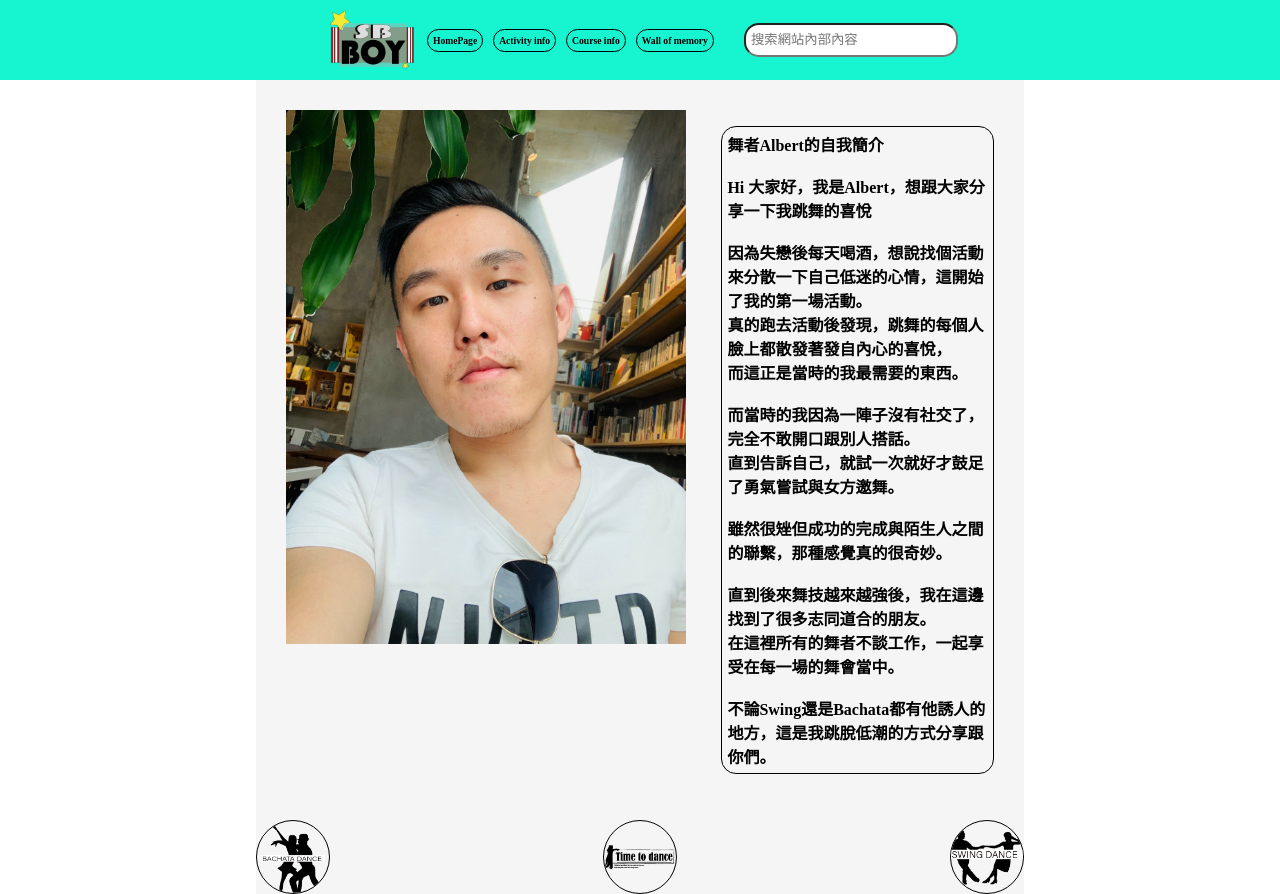
Repository: AlbertKoii/0718_Learning_Javascript
Page: aboutme/aboutme_try.html
These files come from the project's save history. The page is drawn as it stood at one moment and after the next save; the edit follows.
The browser window is 1280 px wide. The pictures show the whole page.

Above is the page before, as saved 2023-07-26 13:35:47.
Not found: aboutme/script.js

After the next save:
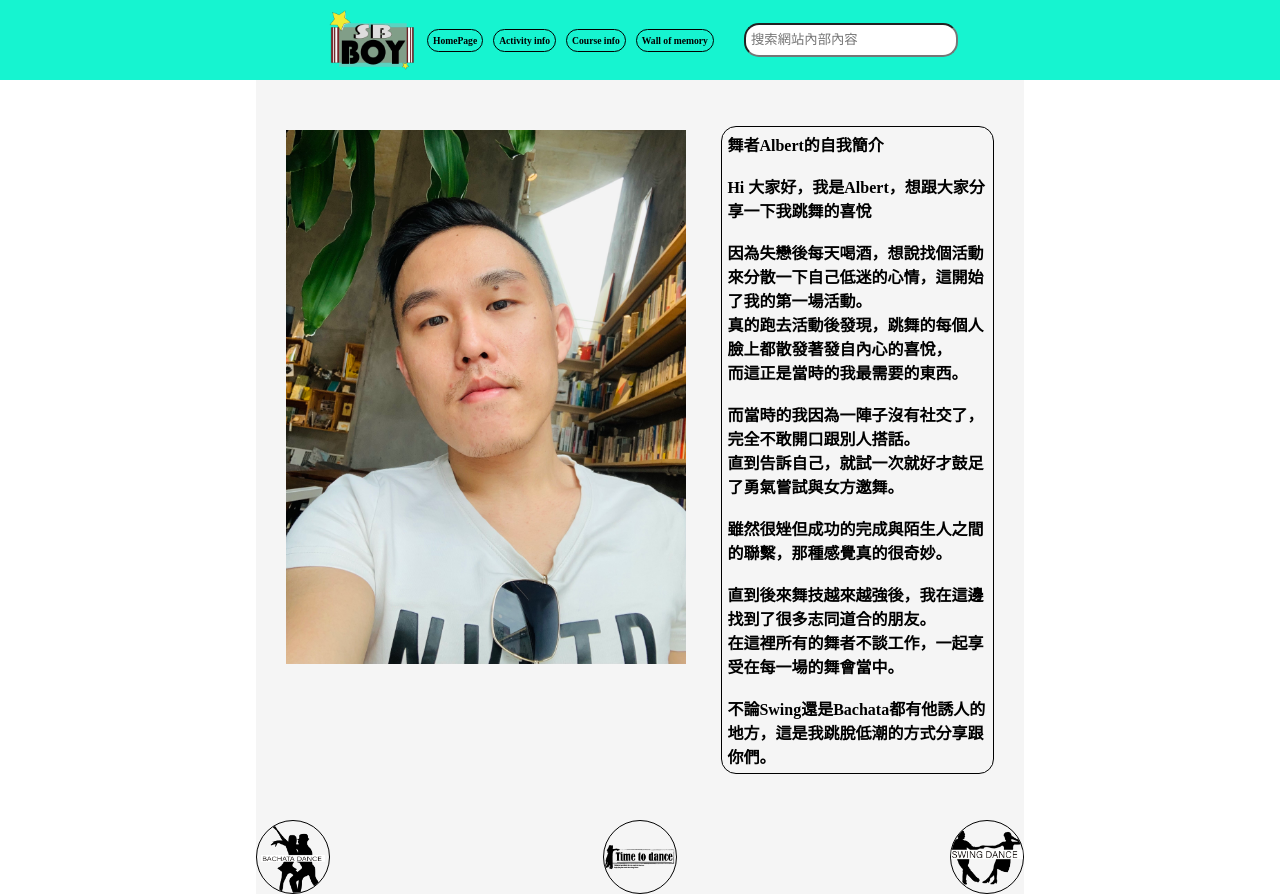
Saved 6 s later.
--- a/aboutme/aboutme.try.css
+++ b/aboutme/aboutme.try.css
@@ -68,7 +68,7 @@ html, body{
 
 .left img {
     width: 400px;
-    margin-top: auto;
+    margin-top: 20px;
     height: auto;
     object-fit: cover;
 }
